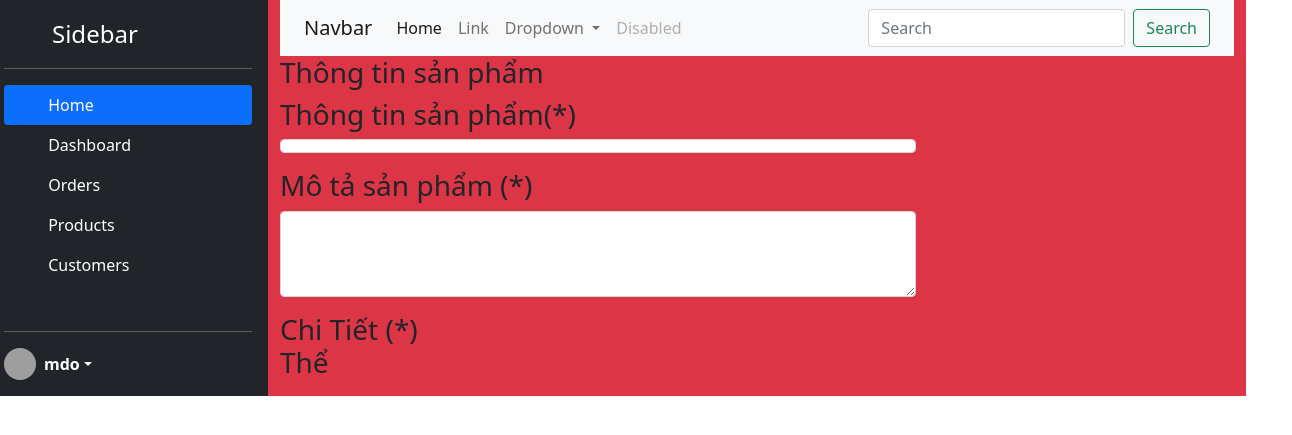
Repository: Lehuyhuynh/BT12-BOOTSTRAP
Page: index.html
The author's editor kept a copy of each file at every save. The page is drawn from the files as they stood at one save, then again after the next save.
The browser window is 1280 px wide. The page is 1292 px wide, so the pictures cover 1292 px, including what lies to the right of the window. The pictures show the whole page.
Pictures or frames that could not be fetched are drawn as grey boxes.

Above is the page before, as saved 2023-08-19 22:26:01.

After the next save:
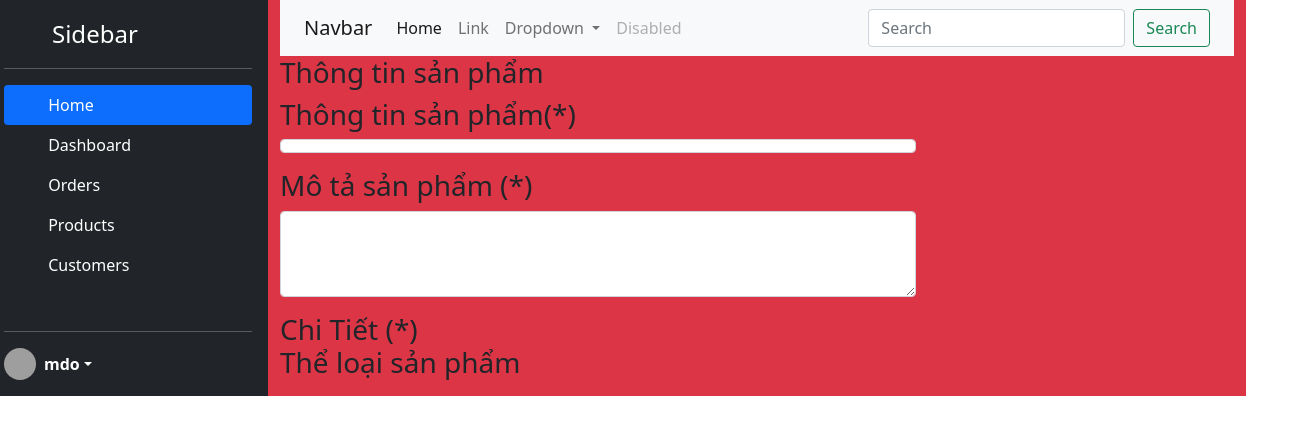
Saved 6 s later.
--- a/index.html
+++ b/index.html
@@ -128,7 +128,7 @@
 
           <div class="category col-4">
 
-            <h3>Thể </h3>
+            <h3>Thể loại sản phẩm</h3>
           </div>
 
 
